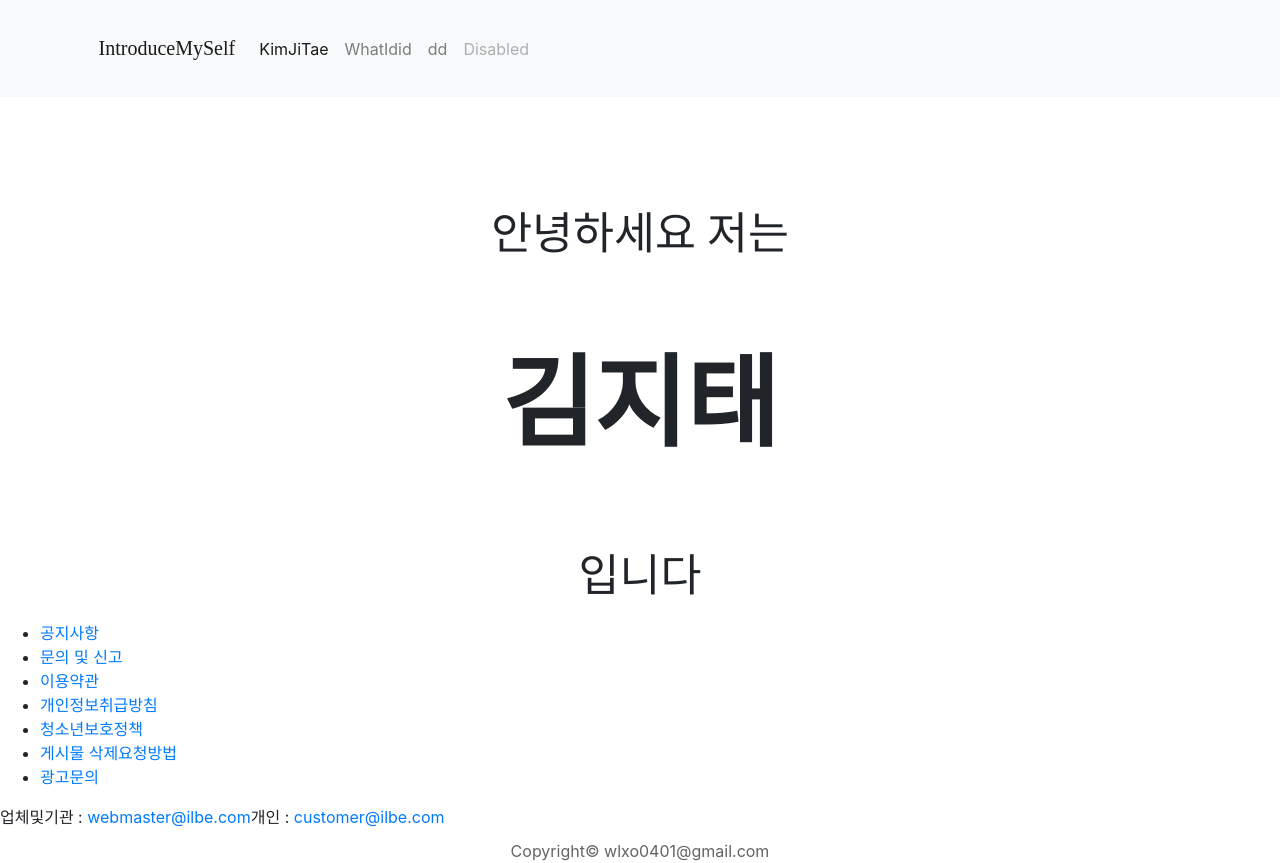
Repository: wlxo0401/IntroduveMySelf
Page: IntroduceMySelf/WebContent/Index.html
These files come from the project's save history. The page is drawn as it stood at one moment and after the next save; the edit follows.
The browser window is 1280 px wide. The pictures show the whole page.

Above is the page before, as saved 2020-03-11 06:25:24.

After the next save:
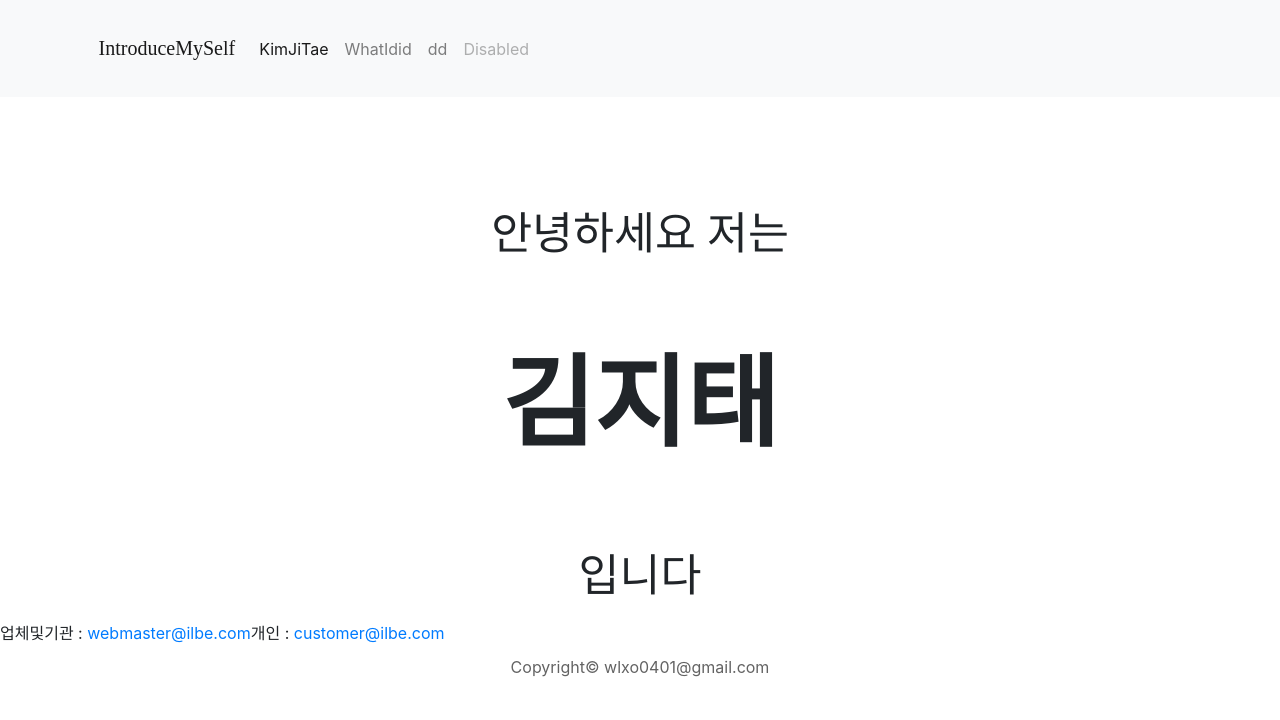
Saved 70 s later.
--- a/IntroduceMySelf/WebContent/Index.html
+++ b/IntroduceMySelf/WebContent/Index.html
@@ -50,15 +50,6 @@
 	<!-- //container -->
 	<!-- footer -->
 	<div id = "footer">
-		<ul class="footer-util">
-				<li><a href="/list/notice">공지사항</a></li>
-				<li><a href="/list/suggestion">문의 및 신고</a></li>
-				<li><a href="/policy/terms" target="_blank">이용약관</a></li>
-				<li><a href="/policy/privacy" target="_blank">개인정보취급방침</a></li>
-				<li><a href="/policy/youth" target="_blank">청소년보호정책</a></li>
-				<li><a href="/view/4810992">게시물 삭제요청방법</a></li>
-				<li><a href="http://ad.ilbe.com">광고문의</a></li>
-		</ul>
 		<div class="address">업체및기관 : <a href="mainto:webmaster@ilbe.com">webmaster@ilbe.com</a><span class="bar"></span>개인 : <a href="mainto:customer@ilbe.com">customer@ilbe.com</a></div>
 		<div class="copyright">Copyright© wlxo0401@gmail.com</div>
 	</div>
